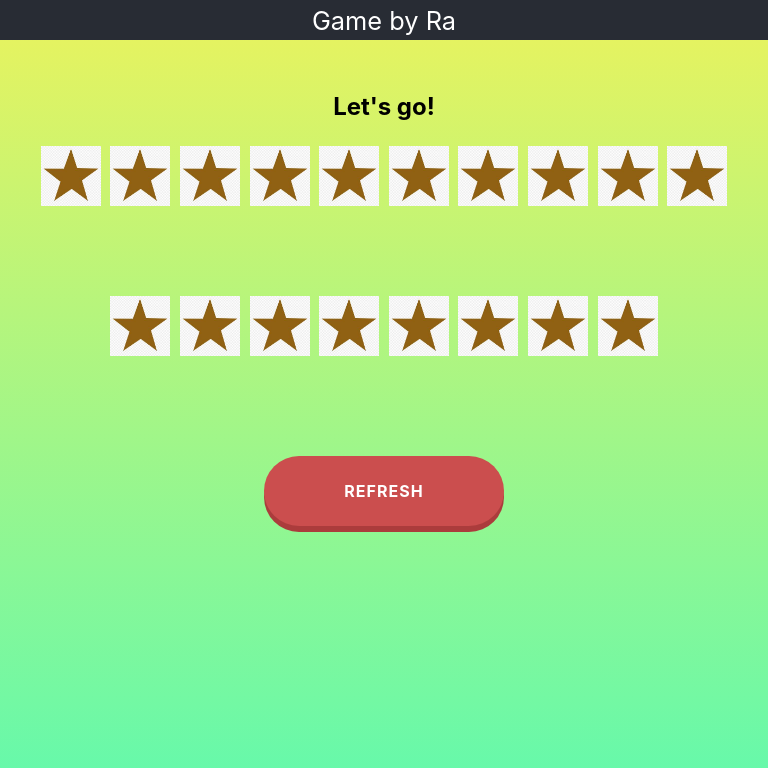
Repository: Sergioramasano/ramos-game
Page: /
An editor plug-in stored every save of this project. The page is shown before and after the next save, followed by the edit.
The browser window is 768 px wide. The pictures show the whole page.
The project was rebuilt for these pictures with package versions that can differ from the ones it lists, and the page was loaded fresh each time.

Above is the page before, as saved 2021-02-12 09:51:42.

### public/index.html
<!DOCTYPE html>
<html lang="en">
  <head>
    <meta charset="utf-8" />
    <link rel="icon" href="%PUBLIC_URL%/favicon.ico" />
    <meta name="viewport" content="width=device-width, initial-scale=1" />
    <meta name="theme-color" content="#000000" />
    <meta
      name="description"
      content="Web site created using create-react-app"
    />
    <link rel="apple-touch-icon" href="%PUBLIC_URL%/logo192.png" />
    <link rel="manifest" href="%PUBLIC_URL%/manifest.json" />
    <title>Game by Ra</title>
  </head>
  <body>
    <noscript>You need to enable JavaScript to run this app.</noscript>
    <div id="root"></div>
  </body>
</html>

### src/App.js
import "./App.css";
import { shuffle } from "./Shuffle";
import GameBox from "./components/GameBox/GameBox";
import age from "./images/age.jpeg";
import av from "./images/av.jpeg";
import hq from "./images/hq.png";
import hs from "./images/hs.png";
import jq from "./images/jq.jpg";
import lk from "./images/lk.jpg";
import sm from "./images/sm.jpg";
import smm from "./images/smm.png";
import knight from "./images/knight.png";

const App = () => {
  shuffle();
  let shuffleArray = [age, av, hq, hs, jq, lk, sm, smm, knight];
  shuffleArray = [...shuffleArray, ...shuffleArray].shuffle();

  const shuff = () => {
    shuffleArray.shuffle();
  };
  return (
    <div className="App">
      <header className="App-header">Game by Ra</header>
      <GameBox shuff={shuff} shuffleArray={shuffleArray}></GameBox>
    </div>
  );
};

export default App;

### src/App.css
.App {
  text-align: center;
}

.App-header {
  background-color: #282c34;
  height: 5vh;
  display: flex;
  flex-direction: column;
  align-items: center;
  justify-content: center;
  font-size: calc(10px + 2vmin);
  color: white;
}

### src/Shuffle.js
export const shuffle = () => {
  Array.prototype.shuffle = function () {
    let m = this.length,
      i;
    while (m) {
      i = (Math.random() * m--) >>> 0;
      [this[m], this[i]] = [this[i], this[m]];
    }
    return this;
  };
};

### src/components/GameBox/GameBox.js
import React, { useState } from "react";
import Cards from "../Cards";
import styles from "./Gamebox.module.css";
import star from "../../images/star.jpeg";

const GameBox = (props) => {
  const [imgUrl, setImgUrl] = useState(null);
  const [bingo, setBingo] = useState([]);
  const [currentUrlIdx, setCurrentUrlIdx] = useState(null);

  let urls = [];
  const mappingUrls = () => {
    urls = urls.map((url, idx) => {
      return { name: url, id: Math.random(), visible: false, idx };
    });
  };

  const transformUrls = () => {
    urls = props.shuffleArray;
    mappingUrls();
  };

  transformUrls();

  if (imgUrl !== null) {
    urls[imgUrl].visible = true;
  }

  if (bingo.length) {
    bingo.forEach((b) => {
      urls[b].visible = true;
    });
  }

  const restart = () => {
    props.shuff();
    setBingo([]);
    mappingUrls();
  };

  const setImg = (url) => {
    if (
      currentUrlIdx &&
      currentUrlIdx.name === url.name &&
      currentUrlIdx.idx !== url.idx &&
      !bingo.includes(url.idx)
    ) {
      setBingo([...bingo, currentUrlIdx.idx, url.idx]);
    }
    setImgUrl(url.idx);
    setCurrentUrlIdx(url);
  };

  return (
    <main className={styles.gamebox}>
      {bingo.length === urls.length ? <h2>You won!</h2> : <h2>Let's go!</h2>}
      <section className={styles.wrap}>
        {bingo.length === urls.length ? (
          <button onClick={restart} className={styles.button}>
            Restart
          </button>
        ) : (
          <Cards
            urls={urls}
            styles={styles}
            setImg={setImg}
            star={star}
          ></Cards>
        )}
      </section>
      {bingo.length !== urls.length && (
        <button onClick={restart} className={styles.button}>
          REFRESH
        </button>
      )}
    </main>
  );
};

export default GameBox;

### src/components/Cards.js
const Cards = (urls) => {
  return urls.urls.map((url) => {
    return (
      <div
        className={urls.styles.card}
        key={Math.random()}
        onClick={() => urls.setImg(url)}
      >
        {url.visible !== false ? (
          <img src={url.name} alt="avatar"></img>
        ) : (
          <img src={urls.star} alt="star"></img>
        )}
      </div>
    );
  });
};

export default Cards;

### src/components/GameBox/Gamebox.module.css
.gamebox {
  height: 95vh;
  background: linear-gradient(#d5ec06a2, #03f57c9f);
  padding: 2rem;
  box-sizing: border-box;
}

.wrap {
  margin: auto auto;
  max-width: 700px;
  height: auto;
  width: 100%;
  min-height: 300px;
  display: flex;
  flex-direction: row;
  justify-content: center;
  flex-wrap: wrap;
}

.card {
  display: block;
  width: 100px;
  height: 100px;
  margin: 0.3rem;
}

@media screen and (max-width: 800px) {
  .card {
    width: 60px;
    height: 60px;
  }
}

.card img {
  display: block;
  width: 100%;
  height: 100%;
}

.button {
  border: none;
  font-family: inherit;
  font-size: inherit;
  color: inherit;
  background: none;
  cursor: pointer;
  padding: 25px 80px;
  display: inline-block;
  margin: 15px 30px;
  text-transform: uppercase;
  letter-spacing: 1px;
  font-weight: 700;
  outline: none;
  position: relative;
  background: #cb4e4e;
  color: #fff;
  box-shadow: 0 6px #ab3c3c;
  -webkit-transition: none;
  -moz-transition: none;
  transition: none;
  border-radius: 40px;
}

.button:hover {
  box-shadow: 0 4px #ab3c3c;
  top: 2px;
}

Loaded but not shown: src/index.js (common file); src/index.css (common file)

After the next save:
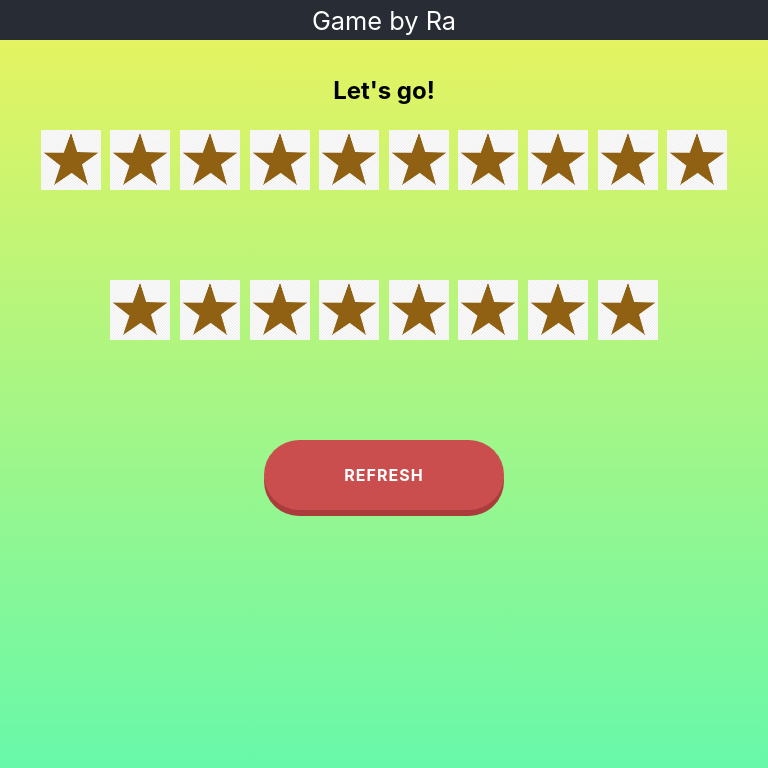
Saved 5 min 33 s later.
--- a/src/components/GameBox/Gamebox.module.css
+++ b/src/components/GameBox/Gamebox.module.css
@@ -28,6 +28,10 @@
   .card {
     width: 60px;
     height: 60px;
+  }
+
+  .gamebox {
+    padding: 1rem;
   }
 }
 
